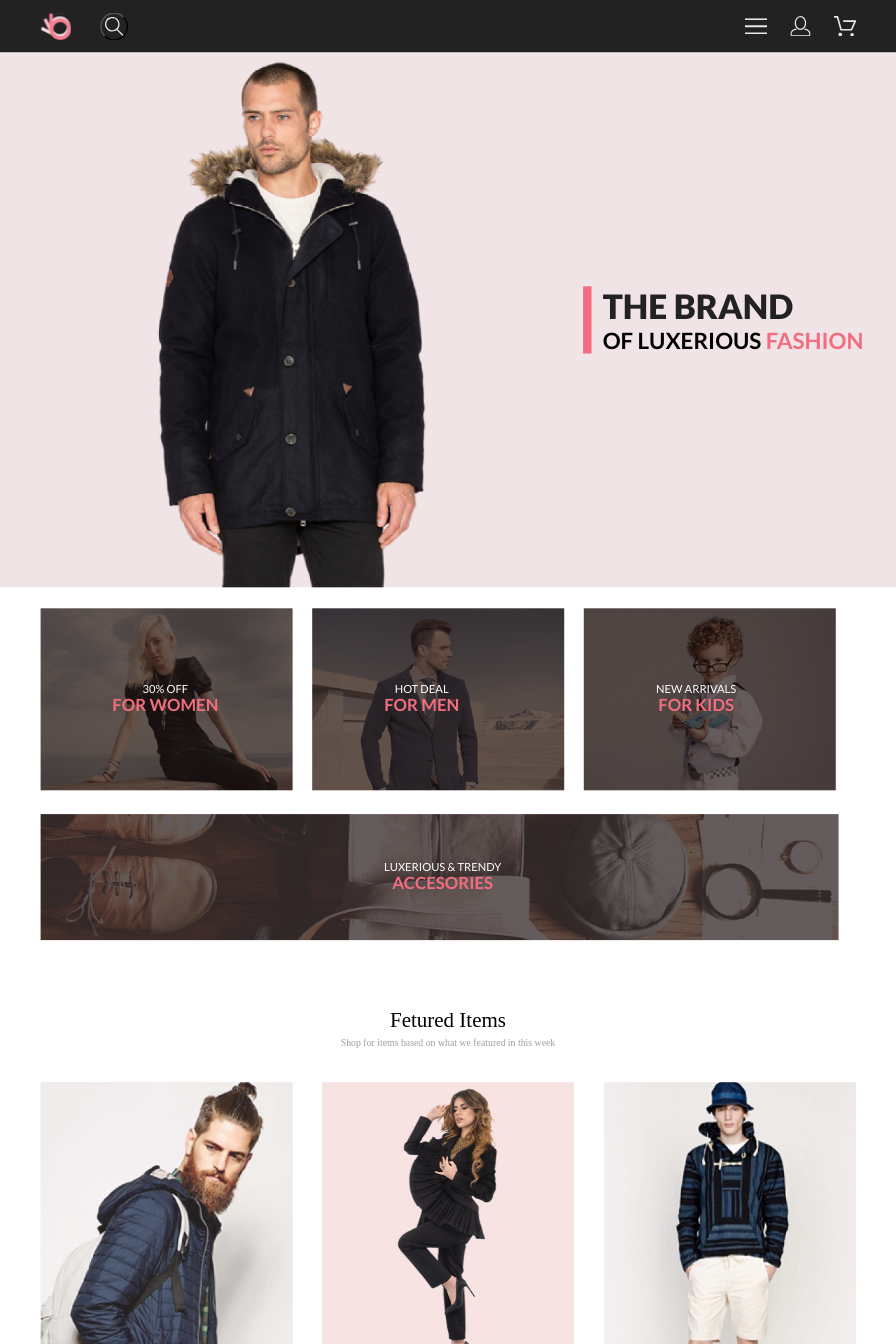
Repository: shtepaa/work-show-linkid
Page: les01/index.html
An editor plug-in stored every save of this project. The page is shown before and after the next save, followed by the edit.
The browser window is 1280 px wide. The pictures show the part of the page from y = 0 to 1920 px (the page is 3886 px tall), at 70% of full size.

Above is the page before, as saved 2022-02-15 12:22:32.

After the next save:
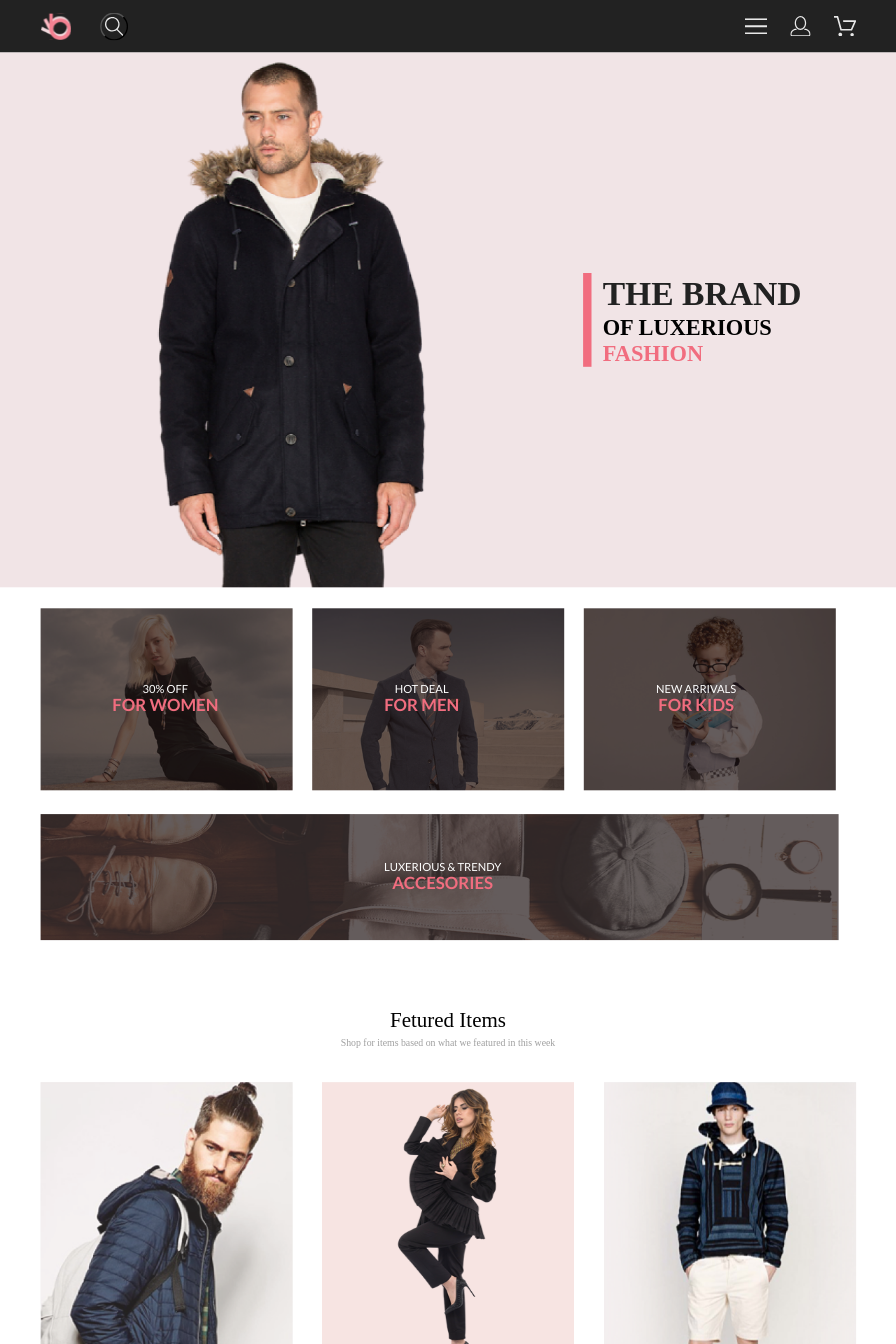
Saved 26 s later.
--- a/les01/style.css
+++ b/les01/style.css
@@ -45,7 +45,7 @@ header {
   flex-direction: column;
   padding-left: 16px;
   text-transform: uppercase;
-  font-family: "Lato", sans-serif;
+
 }
 h1 {
   font-weight: 900;
